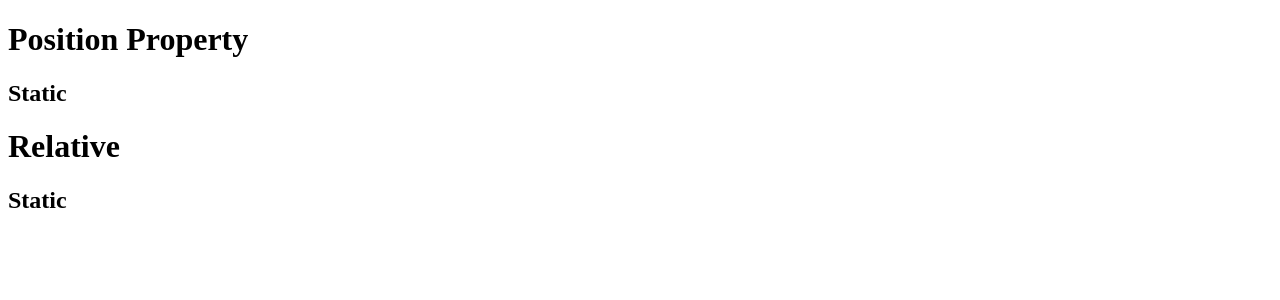
Repository: zhFIsHappy/UdemyFullStack
Page: position.html
An editor plug-in stored every save of this project. The page is shown before and after the next save, followed by the edit.
The browser window is 1280 px wide. The pictures show the whole page.

Above is the page before, as saved 2022-03-24 14:21:07.

After the next save:
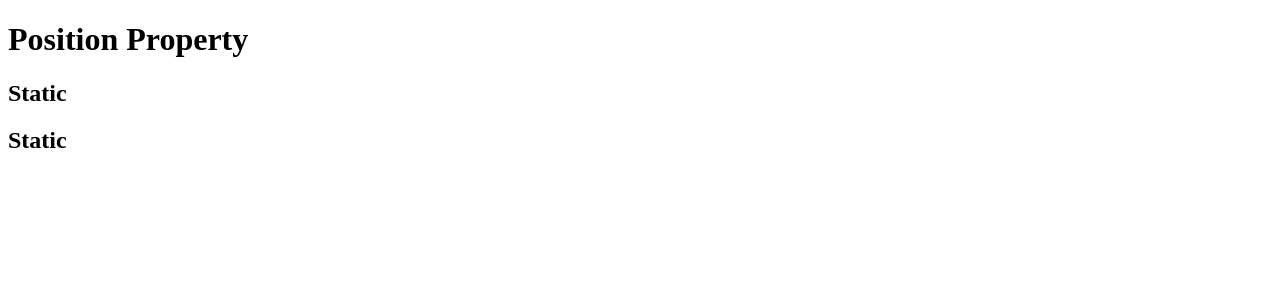
Saved 9 s later.
--- a/position.html
+++ b/position.html
@@ -15,7 +15,6 @@
         <div id = "middle"></div>
         <div></div>
     </section>
-    <h1>Relative</h1>
     <section id="relative">
         <h2>Static</h2>
         <div></div>
